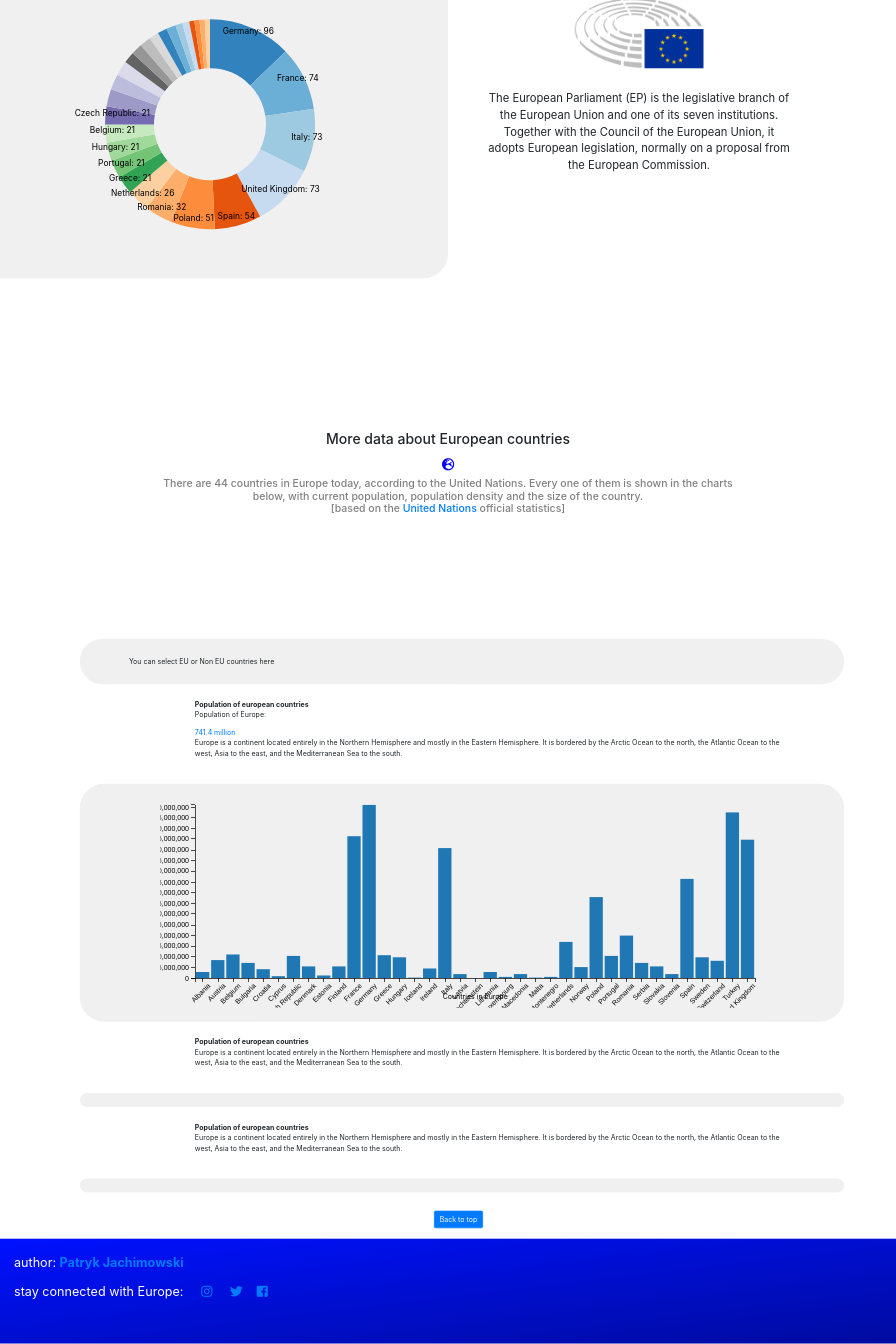
Repository: pjachimowski/renewable
Page: index.html
The author's editor kept a record of every edit. The page is drawn from the files as they stood at one moment, then again after the next edit.
The browser window is 1280 px wide. The pictures show the part of the page from y = 2701 to 4621 px (the page is 4621 px tall before and 4606 px after), at 70% of full size.
Backgrounds fixed to the window are drawn as part of the page. Some web fonts or font styles are not loaded; a fallback is used. Some web libraries are served in a nearby version.

Above is the page before.

After the next edit:
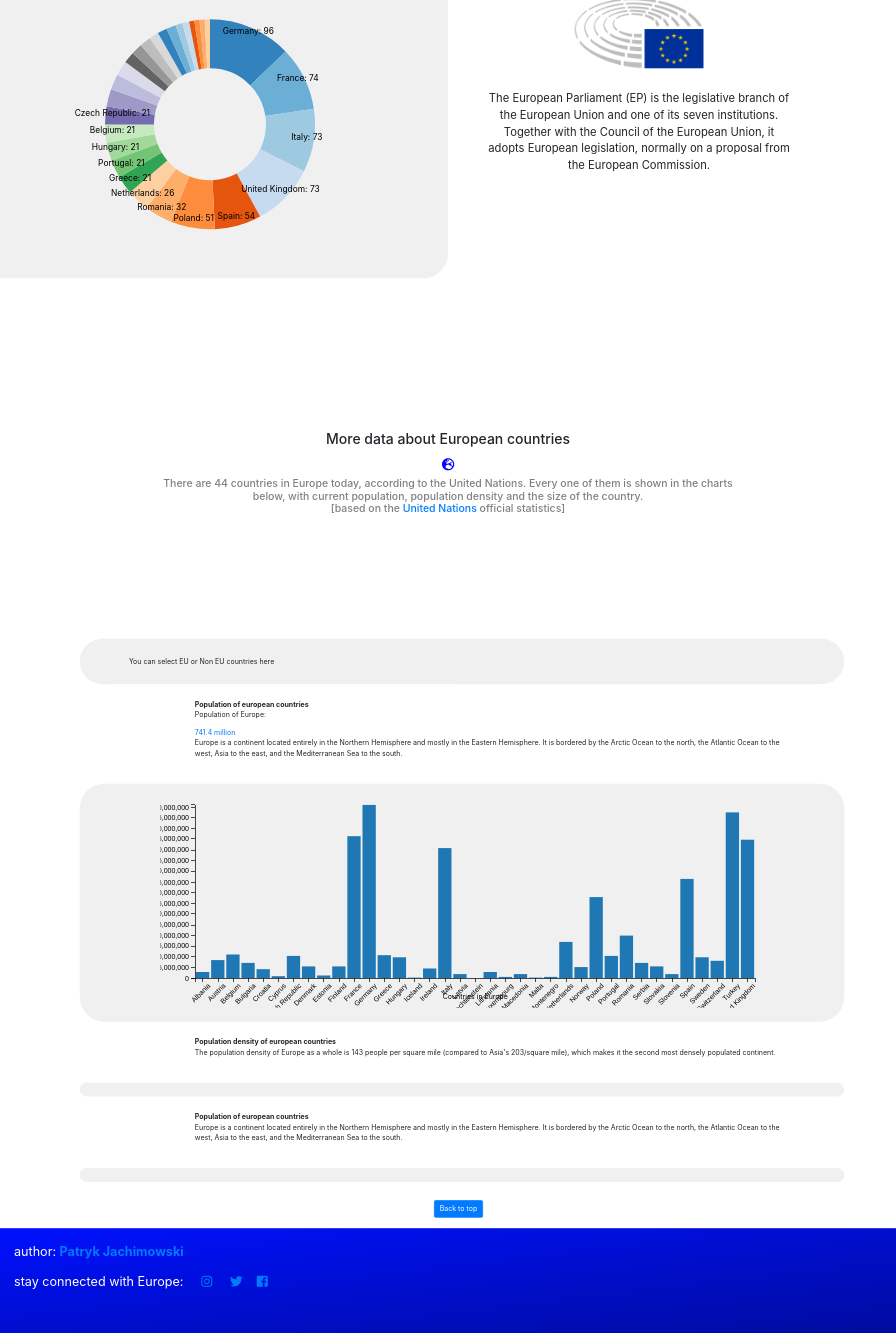
The edit:
--- a/index.html
+++ b/index.html
@@ -238,9 +238,8 @@
         <div class="row">
             <div class="col-2"></div>
             <div class="col-8 title-4">
-                <strong>Population of european countries</strong>
-                <p>Europe is a continent located entirely in the Northern Hemisphere and mostly in the Eastern Hemisphere. It is bordered by the Arctic Ocean to the north, the Atlantic Ocean to the west, Asia to the east, and the Mediterranean Sea to the
-                    south. </p>
+                <strong>Population density of european countries</strong>
+                <p>The population density of Europe as a whole is 143 people per square mile (compared to Asia's 203/square mile), which makes it the second most densely populated continent. </p>
             </div>
             <div class="col-2"></div>
         </div>
